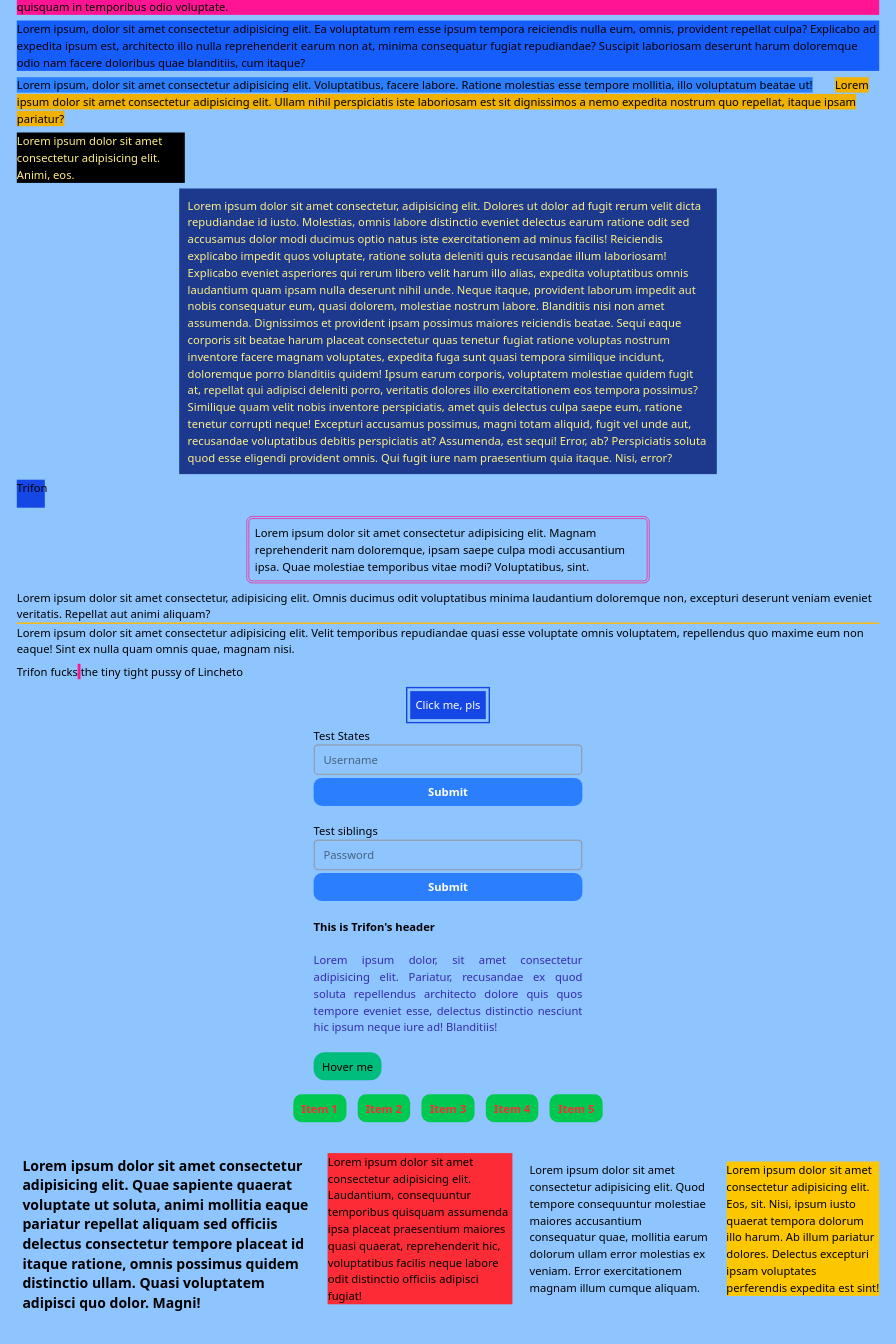
Repository: DinTri/TailwindCss
Page: index.html
The author's editor kept a copy of each file at every save. The page is drawn from the files as they stood at one save, then again after the next save.
The browser window is 1280 px wide. The pictures show the part of the page from y = 1505 to 3425 px (the page is 3425 px tall), at 70% of full size.
Some web fonts or font styles are not loaded; a fallback is used.

Above is the page before, as saved 2025-06-15 20:38:01.

After the next save:
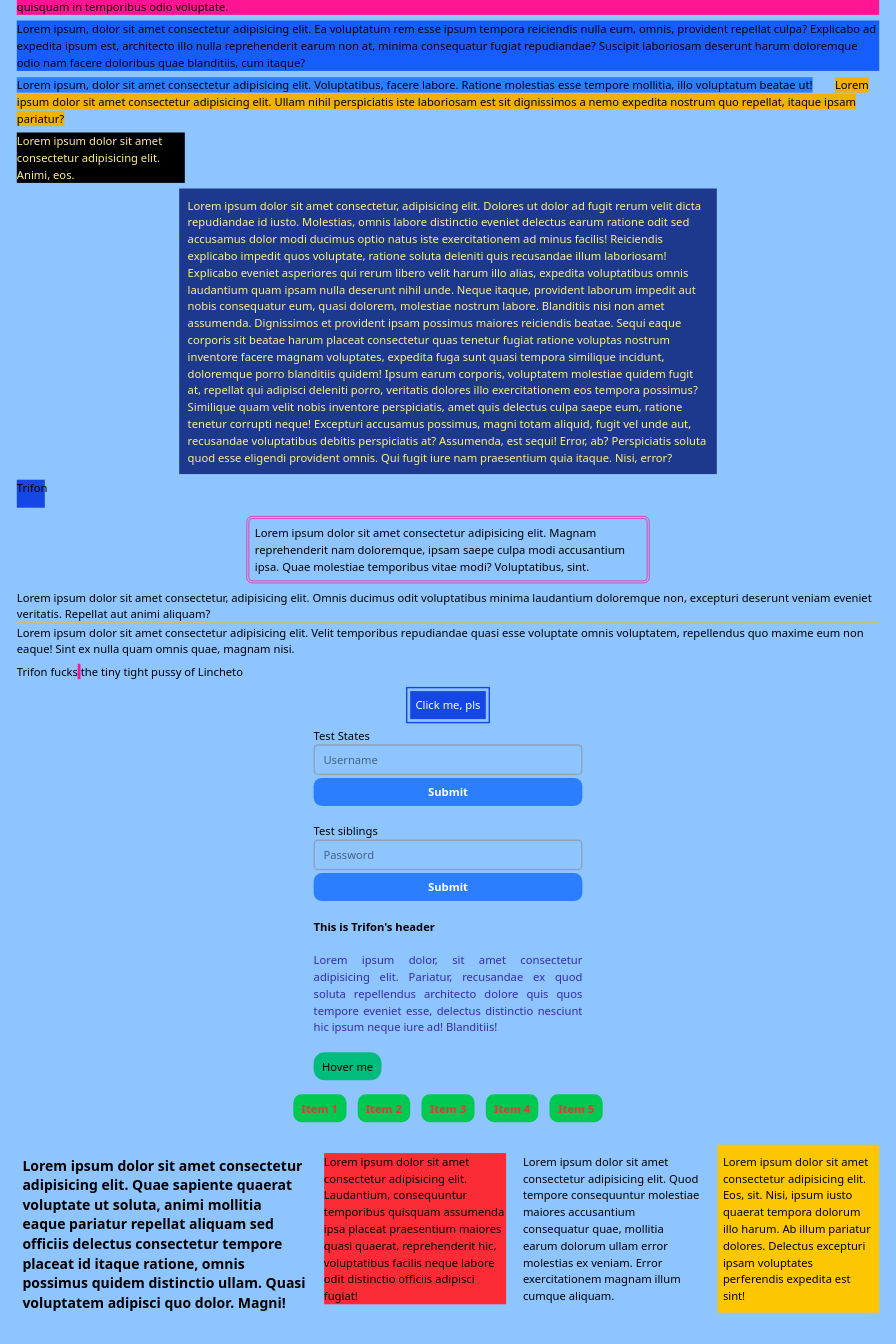
Saved 14 s later.
--- a/index.html
+++ b/index.html
@@ -142,7 +142,7 @@
     <p class="max-w-sm mx-auto px-2 py-4 text-sm md:text-xl lg:max-w-md xs:text-3xl font-semibold">Lorem ipsum dolor sit amet consectetur adipisicing elit. Quae sapiente quaerat voluptate ut soluta, animi mollitia eaque pariatur repellat aliquam sed officiis delectus consectetur tempore placeat id itaque ratione, omnis possimus quidem distinctio ullam. Quasi voluptatem adipisci quo dolor. Magni!</p>
     <p class="bg-red-500 md:max-lg:bg-blue-600 mb-4">Lorem ipsum dolor sit amet consectetur adipisicing elit. Laudantium, consequuntur temporibus quisquam assumenda ipsa placeat praesentium maiores quasi quaerat, reprehenderit hic, voluptatibus facilis neque labore odit distinctio officiis adipisci fugiat!</p>
     <p class="px-2 py-3 sup-xs:bg-deeppink sup-md:bg-turquoise sup-lg:text-pink can-hover:hover:underline touch:bg-gray max-sm:font-edu mb-4">Lorem ipsum dolor sit amet consectetur adipisicing elit. Quod tempore consequuntur molestiae maiores accusantium consequatur quae, mollitia earum dolorum ullam error molestias ex veniam. Error exercitationem magnam illum cumque aliquam.</p>
-    <p class="text-align:center bg-yellow-400 md-to-lg:bg-blue-600 mb-4 max-w-screen-sm">Lorem ipsum dolor sit amet consectetur adipisicing elit. Eos, sit. Nisi, ipsum iusto quaerat tempora dolorum illo harum. Ab illum pariatur dolores. Delectus excepturi ipsam voluptates perferendis expedita est sint!</p>
+    <p class="px-2 py-3 bg-yellow-400 md-to-lg:bg-blue-600 mb-4 max-w-screen-sm">Lorem ipsum dolor sit amet consectetur adipisicing elit. Eos, sit. Nisi, ipsum iusto quaerat tempora dolorum illo harum. Ab illum pariatur dolores. Delectus excepturi ipsam voluptates perferendis expedita est sint!</p>
 
   </div>
 </div>
